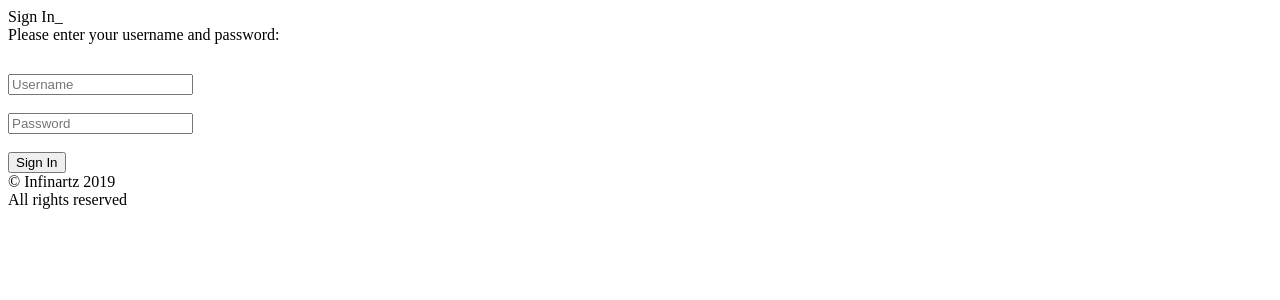
Repository: Sonalitanika/Assigment_IT17048842
Page: Lab09/WebContent/Login.html
These files come from the project's save history. The page is drawn as it stood at one moment and after the next save; the edit follows.
The browser window is 1280 px wide. The pictures show the whole page.

Above is the page before, as saved 2019-05-25 16:42:35.

After the next save:
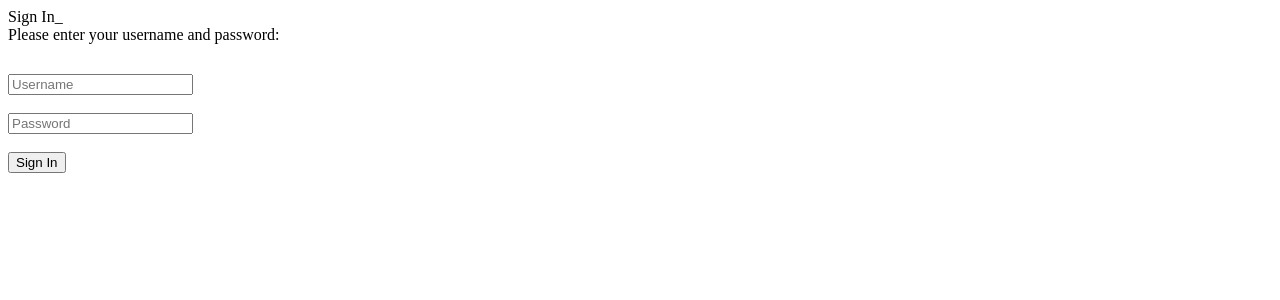
Saved 36 s later.
--- a/Lab09/WebContent/Login.html
+++ b/Lab09/WebContent/Login.html
@@ -58,14 +58,7 @@
             <!--footer inner area-->
             <div class="footer_inner_area">
 
-                <!-- footer row 2 -->
-                <div class="footer_row">
-                    <!-- footer column -->
-                    <div class="r2_c">
-                        © Infinartz 2019<br>
-                        All rights reserved
-                    </div>
-                </div>
+
             </div>
 
         </div>
